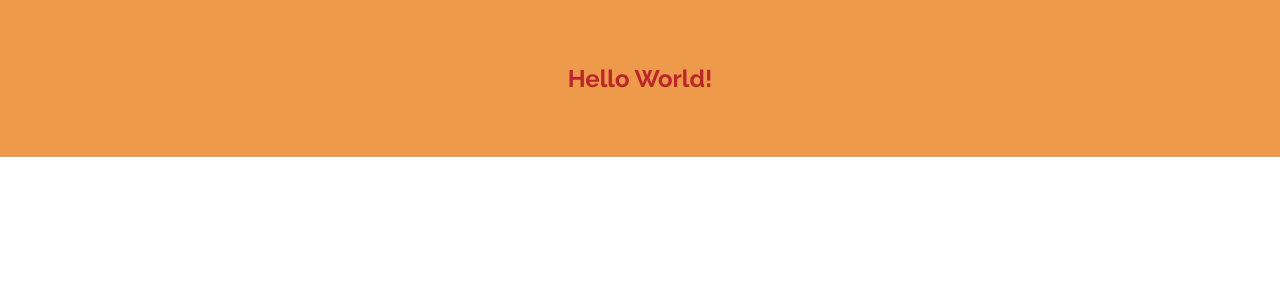
Repository: luizdanielmlima/my-website-react
Page: /
An editor plug-in stored every save of this project. The page is shown before and after the next save, followed by the edit.
The browser window is 1280 px wide. The pictures show the whole page.
The project was rebuilt for these pictures with package versions that can differ from the ones it lists, and the page was loaded fresh each time.

Above is the page before, as saved 2023-01-31 16:37:17.

### public/index.html
<!DOCTYPE html>
<html lang="en">
  <head>
    <meta charset="utf-8" />
    <link rel="icon" href="%PUBLIC_URL%/favicon.ico" />
    <meta
      name="viewport"
      content="width=device-width, initial-scale=1"
    />
    <meta name="theme-color" content="#000000" />
    <meta
      name="description"
      content="Web site created using create-react-app"
    />
    <link rel="apple-touch-icon" href="%PUBLIC_URL%/logo192.png" />

    <!-- GOOGLE FONTS -->
    <link rel="preconnect" href="https://fonts.googleapis.com" />
    <link
      rel="preconnect"
      href="https://fonts.gstatic.com"
      crossorigin
    />
    <link
      href="https://fonts.googleapis.com/css2?family=Raleway:ital,wght@0,300;0,400;0,500;0,600;0,700;1,400;1,500;1,600;1,700&family=Staatliches&display=swap"
      rel="stylesheet"
    />
    <!--
      manifest.json provides metadata used when your web app is installed on a
      user's mobile device or desktop. See https://developers.google.com/web/fundamentals/web-app-manifest/
    -->
    <link rel="manifest" href="%PUBLIC_URL%/manifest.json" />
    <!--
      Notice the use of %PUBLIC_URL% in the tags above.
      It will be replaced with the URL of the `public` folder during the build.
      Only files inside the `public` folder can be referenced from the HTML.

      Unlike "/favicon.ico" or "favicon.ico", "%PUBLIC_URL%/favicon.ico" will
      work correctly both with client-side routing and a non-root public URL.
      Learn how to configure a non-root public URL by running `npm run build`.
    -->
    <title>Luiz Daniel Lima's site</title>
  </head>
  <body>
    <noscript
      >You need to enable JavaScript to run this app.</noscript
    >
    <div id="root"></div>
    <!--
      This HTML file is a template.
      If you open it directly in the browser, you will see an empty page.

      You can add webfonts, meta tags, or analytics to this file.
      The build step will place the bundled scripts into the <body> tag.

      To begin the development, run `npm start` or `yarn start`.
      To create a production bundle, use `npm run build` or `yarn build`.
    -->
  </body>
</html>

### src/App.tsx
import React from 'react';
import { ThemeProvider } from 'styled-components';
import './App.css';

import Home from './containers/Home/Home';
import { websiteTheme } from './theme/theme';

function App() {
  return (
    <ThemeProvider theme={websiteTheme}>
      <Home />
    </ThemeProvider>
  );
}

export default App;

### src/App.css
*,
*::before,
*::after,
html {
  -webkit-box-sizing: border-box;
  box-sizing: border-box;
  margin: 0;
  padding: 0;
}

body {
  font-family: 'Raleway', sans-serif;
}

### src/containers/Home/Home.tsx
import React from 'react';
import { Title, Wrapper } from './Home.styled';

const Home = () => {
  return (
    <Wrapper>
      <Title>Hello World!</Title>
    </Wrapper>
  );
};

export default Home;

### src/theme/theme.ts
export const websiteTheme = {
  colors: {
    primary: '#ed9a4a',
    secondary: '#bc252c',
    tertiary: '#e6af2e',
    bg: '#f4e1b7',
    bgDark: '#302d2a',
    dark: '#1d1c1b',
    menuHeight: '80px',
  },
};

### src/containers/Home/Home.styled.ts
import styled from 'styled-components';

export const Title = styled.h1`
  font-size: 1.5em;
  text-align: center;
  color: ${({ theme }) => theme.colors.secondary}; ;
`;

export const Wrapper = styled.section`
  padding: 4em;
  background: ${({ theme }) => theme.colors.primary};
`;

Loaded but not shown: src/index.tsx (common file); src/index.css (common file); src/reportWebVitals.ts (common file)

After the next save:
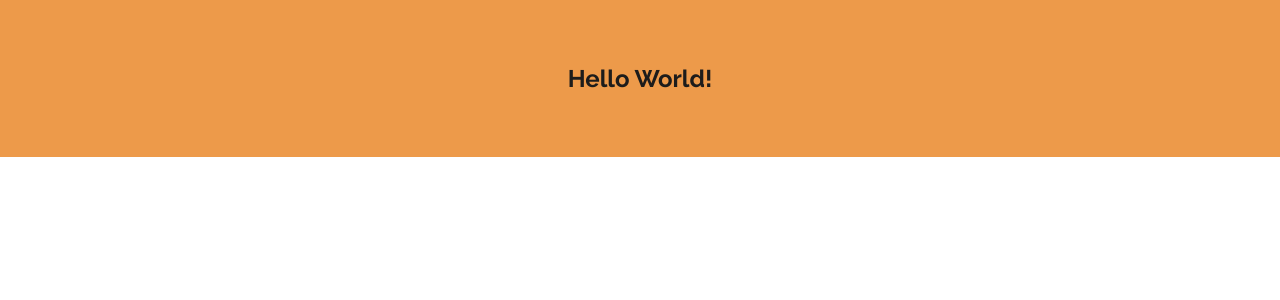
Saved 34 s later.
--- a/src/containers/Home/Home.styled.ts
+++ b/src/containers/Home/Home.styled.ts
@@ -3,7 +3,7 @@
 export const Title = styled.h1`
   font-size: 1.5em;
   text-align: center;
-  color: ${({ theme }) => theme.colors.secondary}; ;
+  color: ${({ theme }) => theme.colors.dark}; ;
 `;
 
 export const Wrapper = styled.section`
